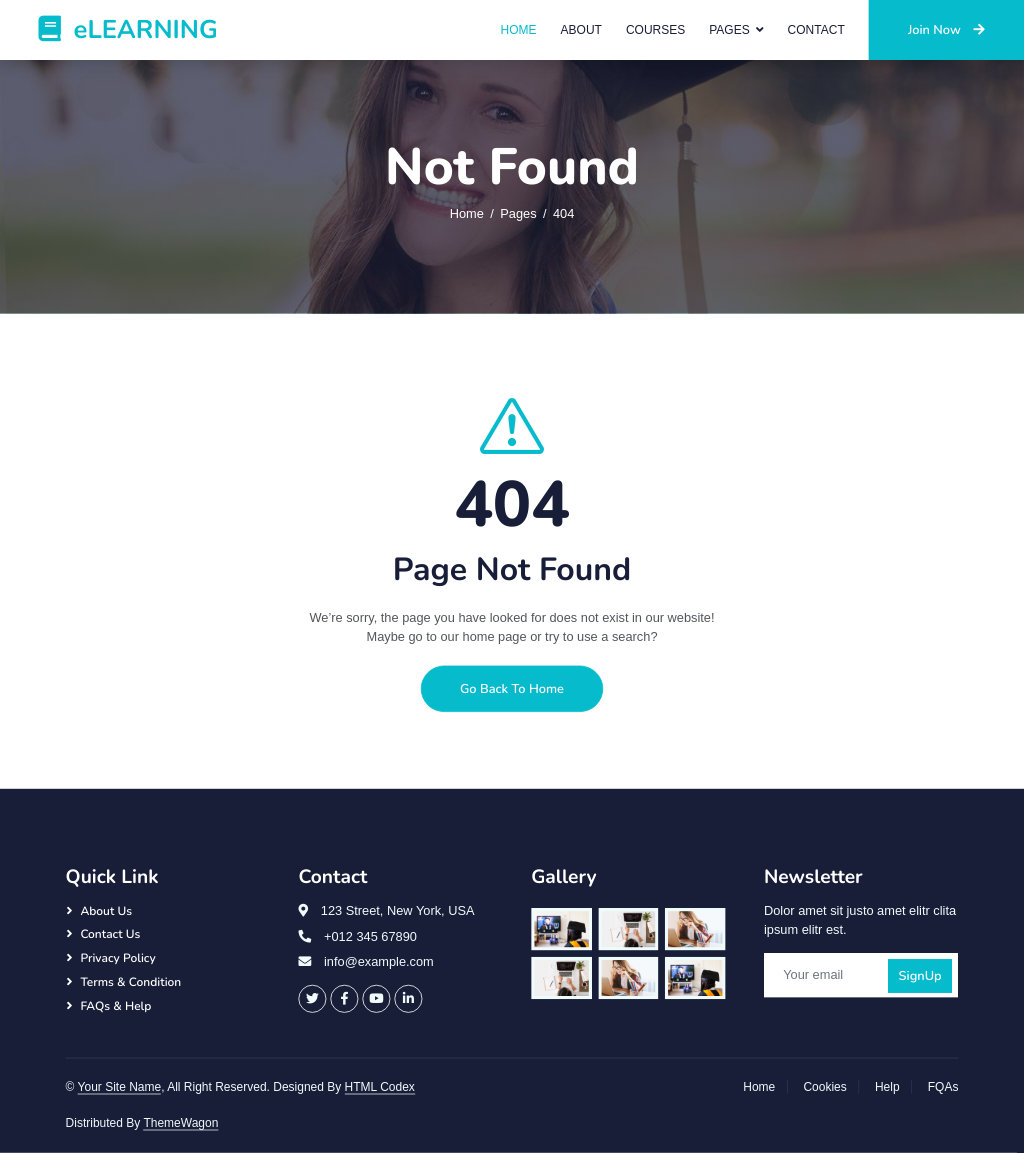
Repository: Arumugam2002/ARUMUGAM-TOPS-DAILY-TASKS
Page: http://localhost/404
An editor plug-in stored every save of this project. The page is shown before and after the next save, followed by the edit.
The browser window is 1280 px wide. The pictures show the whole page, at 80% of full size.
Some web fonts or font styles are not loaded; a fallback is used. Some web libraries are served in a nearby version. The page is this project's Thymeleaf template; nobody is signed in. The template is opened directly, without the code that normally fills it, so the values that code supplies are empty.

Above is the page before, as saved 2024-07-16 07:04:48.

After the next save:
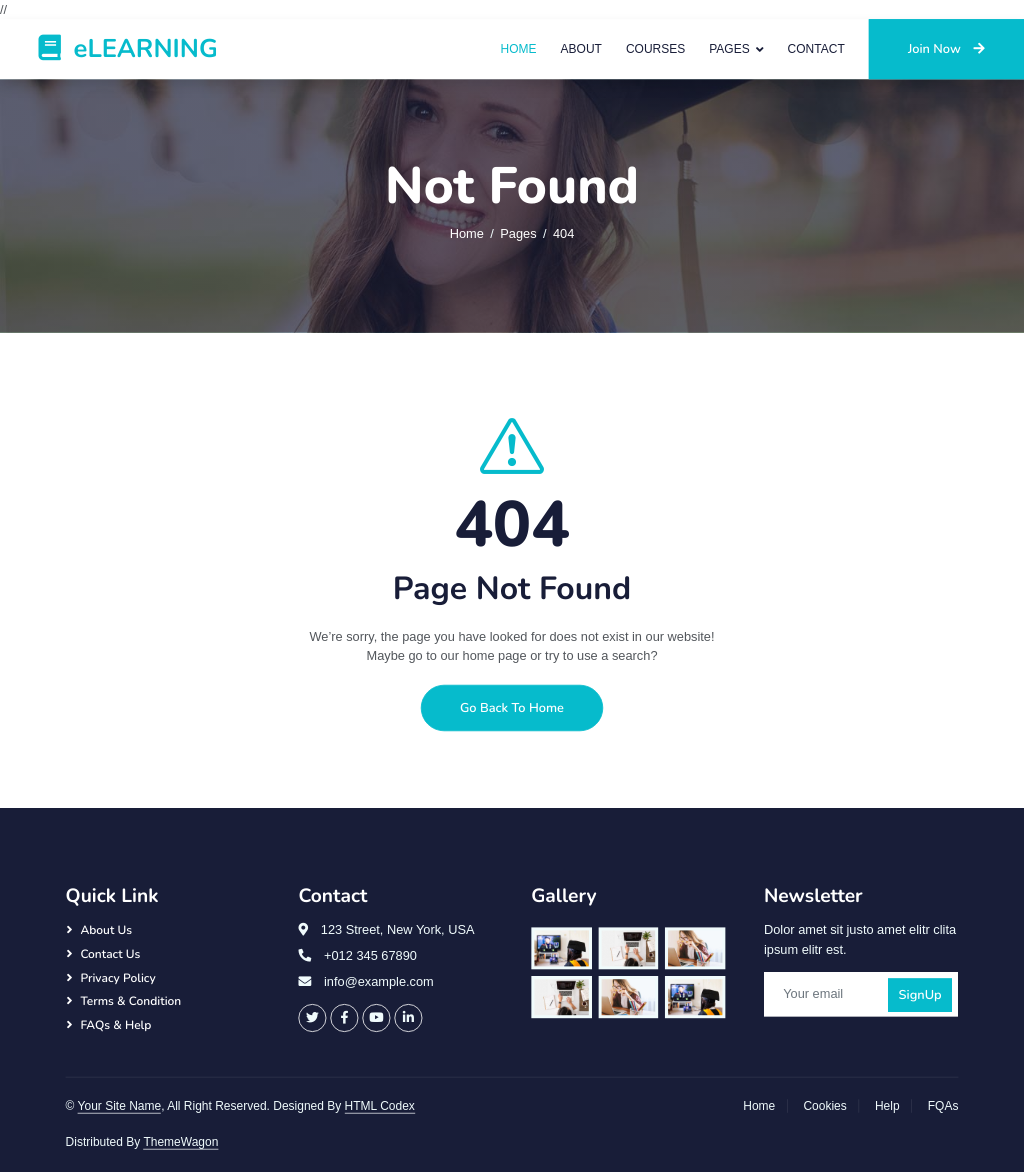
Saved 67 s later.
--- a/Java SpringBoot/Spring_Eclipse/SpringwithTemplate/src/main/resources/templates/404.html
+++ b/Java SpringBoot/Spring_Eclipse/SpringwithTemplate/src/main/resources/templates/404.html
@@ -4,7 +4,7 @@
 
 
 <body>
-	<head th:replace="/fragments/header :: header"></head>
+	//<head th:replace="/fragments/header :: header"></head>
 
 
     <!-- Header Start -->

After the save that followed:
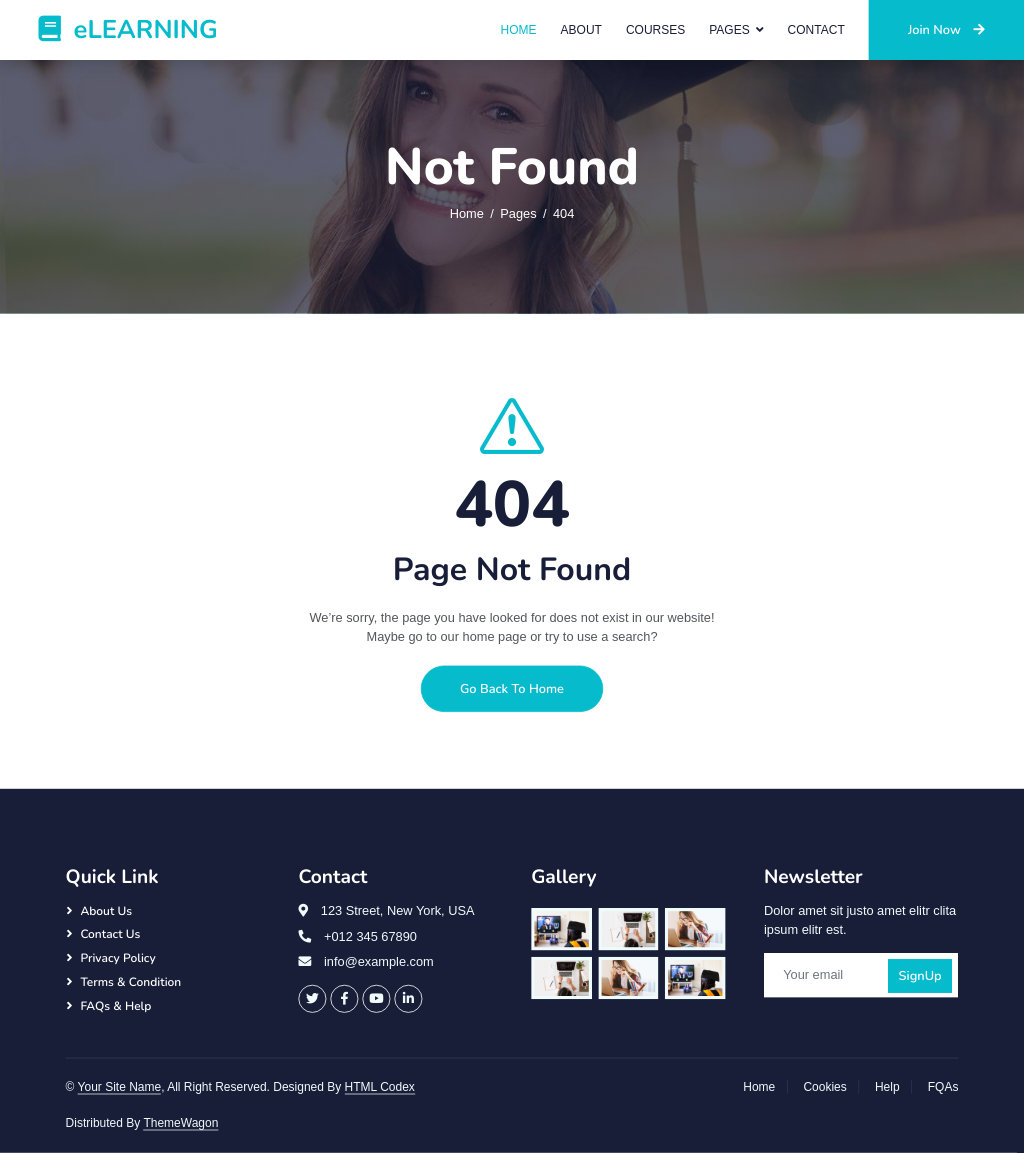
Saved 3 s later.
--- a/Java SpringBoot/Spring_Eclipse/SpringwithTemplate/src/main/resources/templates/404.html
+++ b/Java SpringBoot/Spring_Eclipse/SpringwithTemplate/src/main/resources/templates/404.html
@@ -4,7 +4,7 @@
 
 
 <body>
-	//<head th:replace="/fragments/header :: header"></head>
+	<head th:replace="/fragments/header :: header"></head>
 
 
     <!-- Header Start -->
